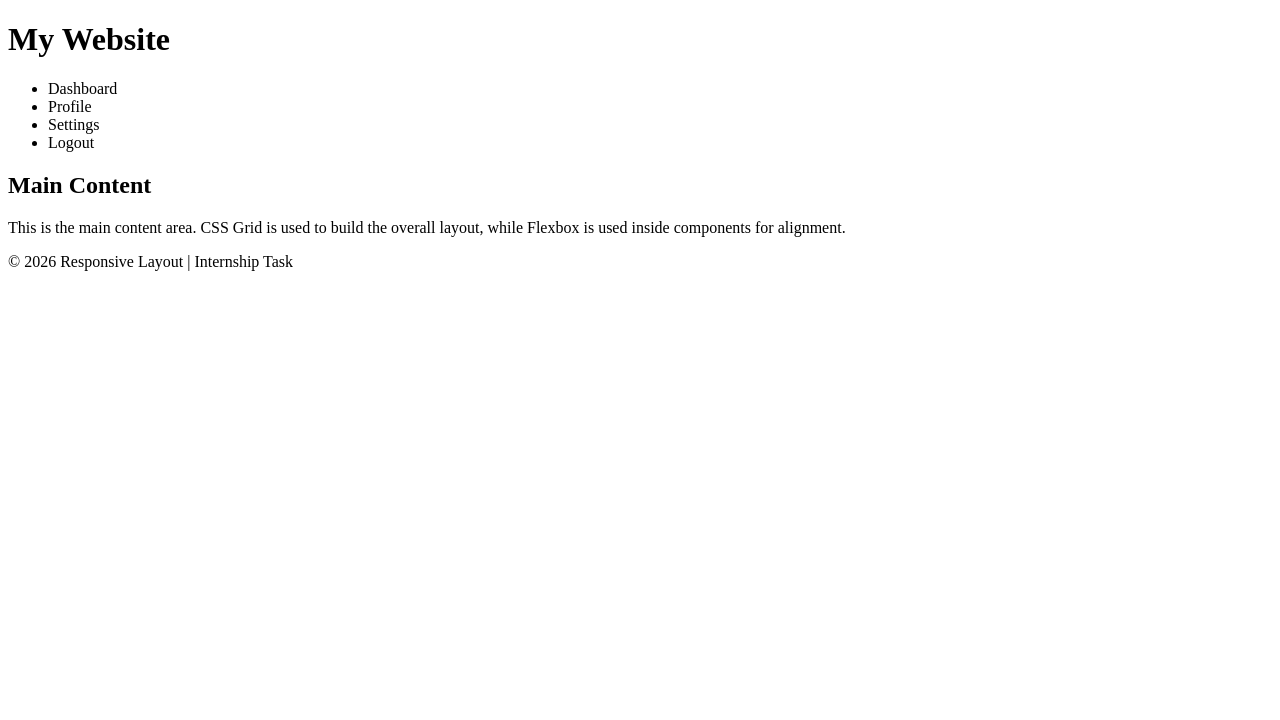
Repository: prakruthi2005/task-11
Page: index.html
The author's editor kept a copy of each file at every save. The page is drawn from the files as they stood at one save, then again after the next save.
The browser window is 1280 px wide. The pictures show the whole page.

Above is the page before, as saved 2026-02-02 19:41:25.

After the next save:
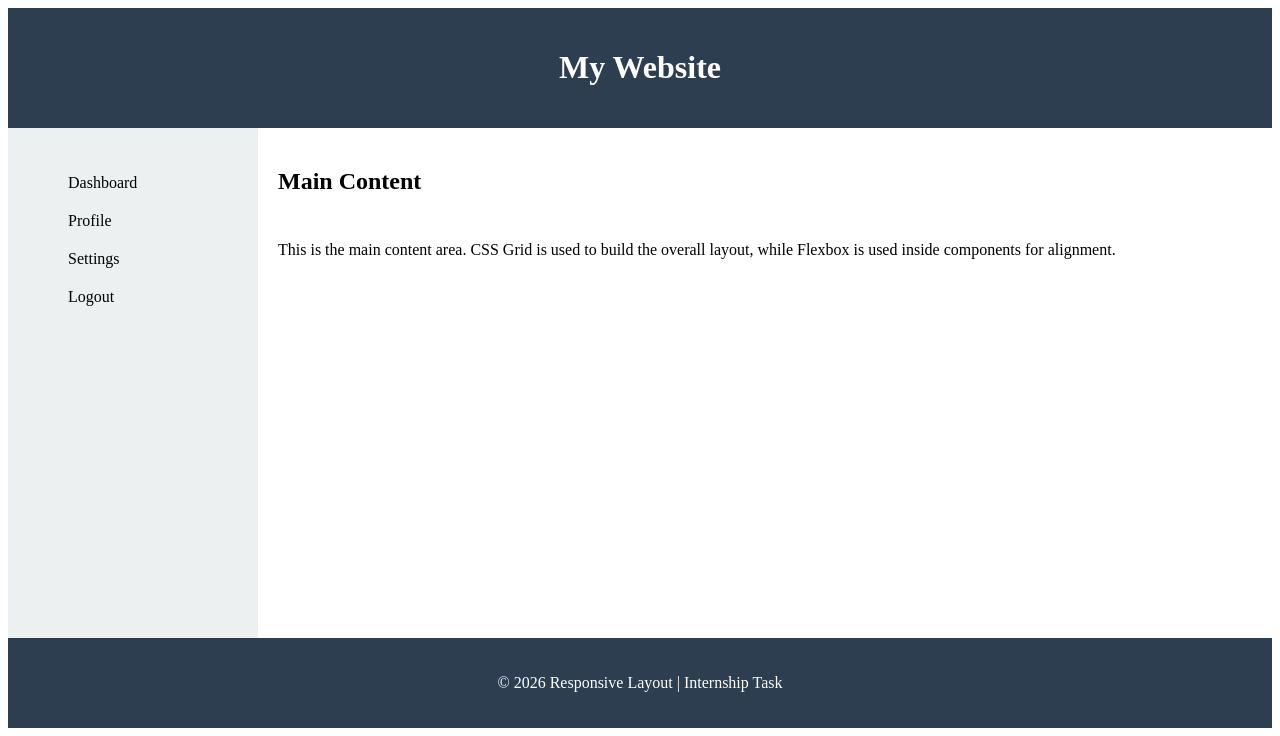
Saved 8 s later.
--- a/style.css
+++ b/style.css
@@ -21,6 +21,86 @@
         <li>Logout</li>
       </ul>
     </aside>
+* {
+  margin: 0;
+  padding: 0;
+  box-sizing: border-box;
+  font-family: Arial, sans-serif;
+}
+
+/* GRID CONTAINER */
+.container {
+  display: grid;
+  grid-template-areas:
+    "header"
+    "main"
+    "sidebar"
+    "footer";
+  grid-template-rows: auto 1fr auto auto;
+  min-height: 100vh;
+}
+
+/* COMMON STYLES */
+.header, .sidebar, .main, .footer {
+  padding: 20px;
+}
+
+.header {
+  grid-area: header;
+  background-color: #2c3e50;
+  color: white;
+  text-align: center;
+}
+
+.sidebar {
+  grid-area: sidebar;
+  background-color: #ecf0f1;
+}
+
+.sidebar ul {
+  list-style: none;
+}
+
+.sidebar li {
+  padding: 10px 0;
+}
+
+/* FLEXBOX INSIDE GRID */
+.main {
+  grid-area: main;
+  display: flex;
+  flex-direction: column;
+  gap: 10px;
+}
+
+.footer {
+  grid-area: footer;
+  background-color: #2c3e50;
+  color: white;
+  text-align: center;
+}
+
+/* TABLET VIEW */
+@media (min-width: 768px) {
+  .container {
+    grid-template-areas:
+      "header header"
+      "sidebar main"
+      "footer footer";
+    grid-template-columns: 250px 1fr;
+  }
+}
+
+/* DESKTOP VIEW */
+@media (min-width: 1024px) {
+  .container {
+    grid-template-areas:
+      "header header header"
+      "sidebar main main"
+      "footer footer footer";
+    grid-template-columns: 250px 1fr 1fr;
+  }
+}
 
     <main class="main">
       <h2>Main Content</h2>
